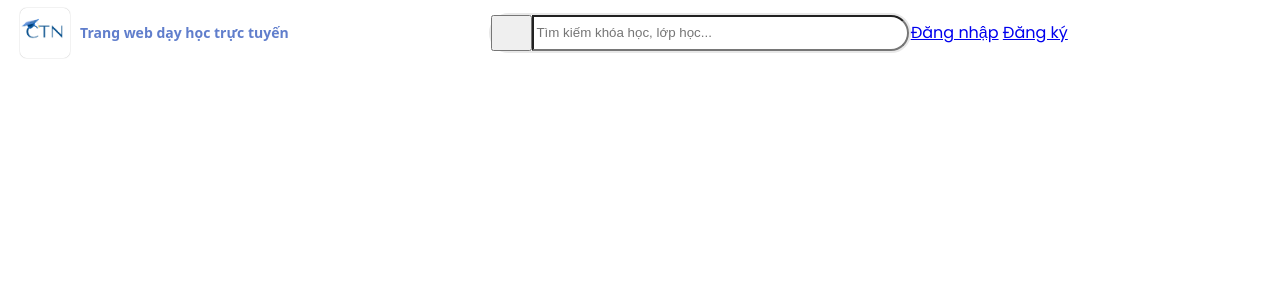
Repository: Nieday306/shophoaqua
Page: index.html
The author's editor kept a copy of each file at every save. The page is drawn from the files as they stood at one save, then again after the next save.
The browser window is 1280 px wide. The pictures show the whole page.

Above is the page before, as saved 2024-04-07 09:31:02.

After the next save:
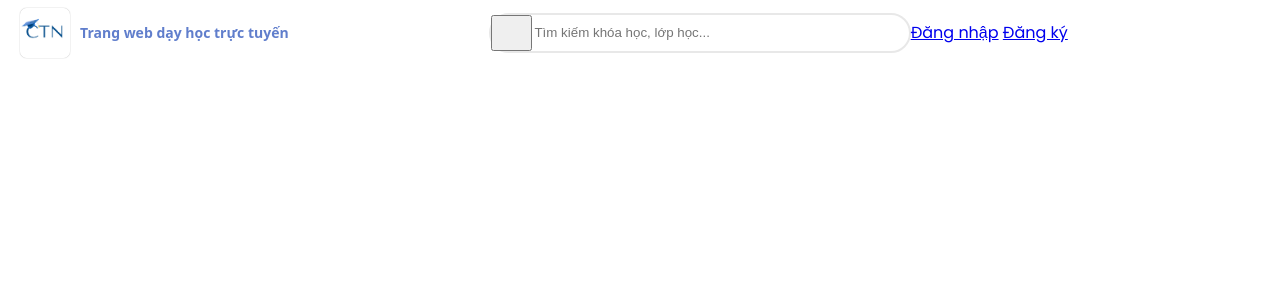
Saved 5 s later.
--- a/assets/css/style.css
+++ b/assets/css/style.css
@@ -83,5 +83,5 @@ body {
   width: 90%;
   outline: none;
   border-radius: 0 20px 20px 0;
-  /* border: none; */
+  border: none;
 }
